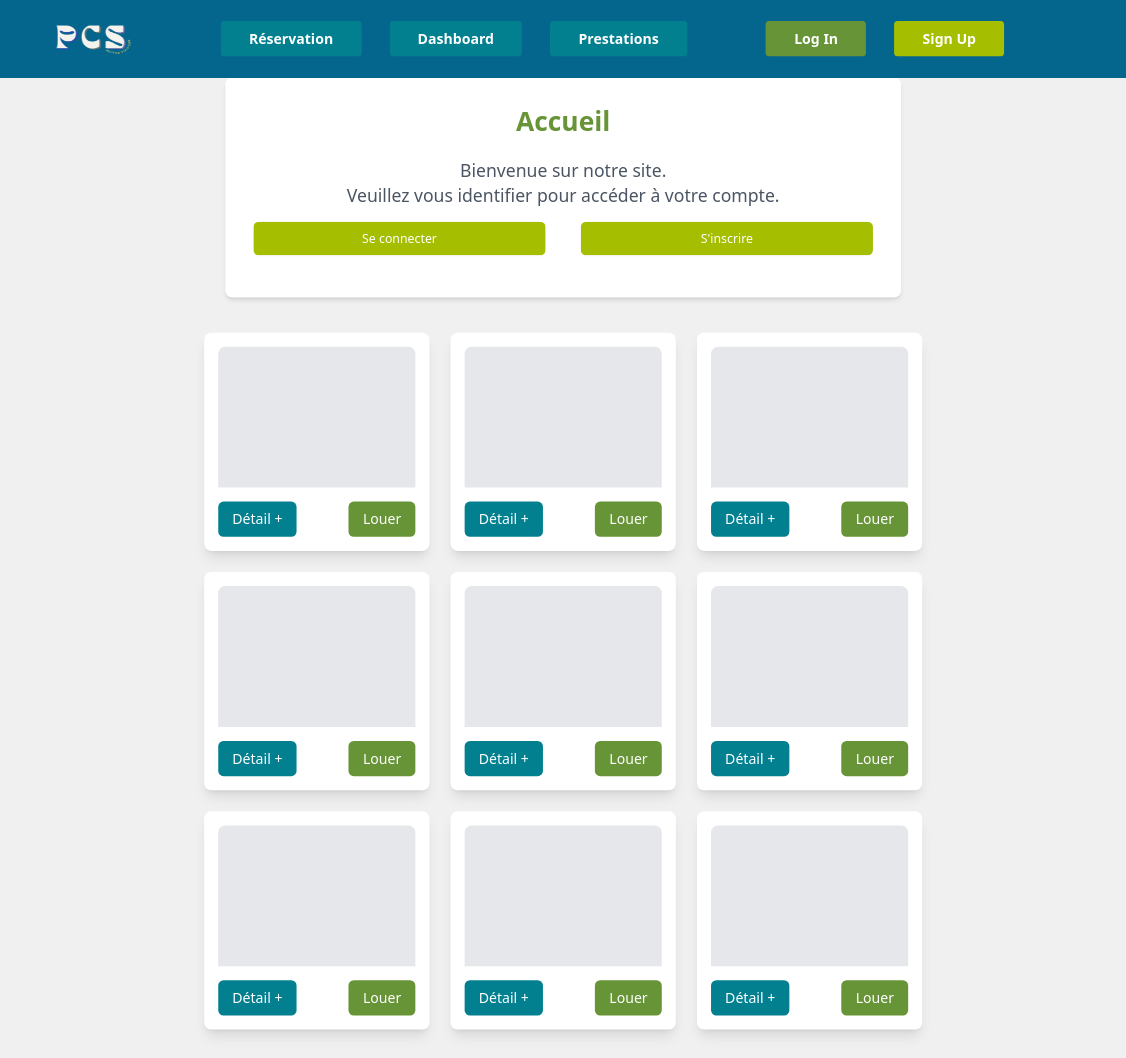
Repository: HATTOUNGBRE/ProjetAnnuel2
Page: / (app in FRONT/)
These files come from the project's save history. The page is drawn as it stood at one moment and after the next save; the edit follows.
The browser window is 1280 px wide. The pictures show the whole page, at 88% of full size.
The project was rebuilt for these pictures with package versions that can differ from the ones it lists, and the page was loaded fresh each time. Also part of the build but not shown: FRONT/vite.config.js, FRONT/src/components/Contact.jsx, FRONT/src/components/CatUser.jsx, FRONT/src/components/Login.jsx, FRONT/src/components/Account.jsx, FRONT/src/components/Inscription.jsx, FRONT/src/components/dashboard/VoyageurDashboard.jsx, FRONT/src/components/proprio/EditProduct.jsx and 11 more.

Above is the page before, as saved 2024-06-21 15:59:17.

### FRONT/src/main.jsx
import React from 'react'
import ReactDOM from 'react-dom/client'
import App from './App.jsx'
import './App.css'
import { AuthProvider } from './components/AuthContext';
import {
  BrowserRouter,
  Route,
  Link
} from "react-router-dom";

ReactDOM.createRoot(document.getElementById('root')).render(
  <React.StrictMode>
    <AuthProvider>
    <App />
    </AuthProvider>
  </React.StrictMode>,
)

### FRONT/src/App.jsx
import React, { useContext, useEffect } from "react";
import './App.css';
import { BrowserRouter as Router, Route, Routes, Navigate } from 'react-router-dom';
import Header from "./components/Header";
import Main from "./components/Main";
import Contact from "./components/Contact";
import Nav from "./components/Nav";
import Footer from "./components/Footer";
import CatUser from "./components/CatUser";
import Login from './components/Login';
import LogOut from "./components/LogOut";
import Account from "./components/Account";
import Inscription from './components/Inscription';
import VoyageurDashboard from './components/dashboard/VoyageurDashboard';
import ProprietaireDashboard from './components/dashboard/ProprietaireDashboard';
import PrestataireDashboard from './components/dashboard/PrestataireDashboard';
import Error400 from './components/Error400';
import AuthContext from './components/AuthContext';
import ProprietairePrestation from "./components/proprio/Prestation";
import ProprietaireReservation from "./components/proprio/ProprietaireReservation";
import PrestataireReservation from "./components/prestataire/PrestataireReservation";
import AddProperty from "./components/proprio/AddProperty";
import CreatePrestation from "./components/proprio/CreatePrestation";

function App() {
    const { isLoggedIn, userRole, userId, userName, userSurname, category } = useContext(AuthContext);

    useEffect(() => {
        console.log("UserRole:", userRole);
        console.log("UserId:", userId);
        console.log("UserName:", userName);
        console.log("UserSurname:", userSurname);
        console.log("CategoryUserId:", category);
    }, [userRole, userId, userName, userSurname, category]);

    const getDashboardComponent = (role) => {
        switch (role) {
            case 'voyageur':
                return <VoyageurDashboard />;
            case 'proprietaire':
                return <ProprietaireDashboard />;
            case 'prestataire':
                return <PrestataireDashboard />;
            default:
                return <Error400 />;
        }
    };

    const ProtectedRoute = ({ element, allowedRole }) => {
        if (!isLoggedIn) {
            return <Navigate to="/login" />;
        }
        return userRole === allowedRole ? element : <Navigate to="/error400" />;
    };

    return (
        <Router>
         <Header isLoggedIn={isLoggedIn} userRole={userRole} />
         <main className="flex-grow">
         <Routes>
                <Route exact path="/" element={<Main isLoggedIn={isLoggedIn} userRole={userRole} />} />
                <Route path="/components/inscription" element={<Inscription />} />
                <Route path="/components/catUser" element={<CatUser />} />
                <Route path="/contact" element={<Contact />} />
                <Route path="/login" element={<Login />} />
                <Route path={`/${userRole}/Prestation`} element={<ProtectedRoute element={<ProprietairePrestation />} allowedRole={userRole} />} />
                <Route path={`/${userRole}/Reservation`} element={<ProtectedRoute element={userRole === 'proprietaire' ? <ProprietaireReservation /> : <PrestataireReservation />} allowedRole={userRole} />} />
                <Route path="/components/dashboard/voyageur" element={<ProtectedRoute element={<VoyageurDashboard />} allowedRole="voyageur" />} />
                <Route path="/components/dashboard/proprietaire" element={<ProtectedRoute element={<ProprietaireDashboard />} allowedRole="proprietaire" />} />
                <Route path="/components/dashboard/prestataire" element={<ProtectedRoute element={<PrestataireDashboard />} allowedRole="prestataire" />} />
                <Route path="/components/nav" element={<Nav isLoggedIn={isLoggedIn} userRole={userRole} />} />
                <Route path="/logout" element={<LogOut />} />
                <Route path="/account" element={<Account userId={userId} />} />
                <Route path="/error400" element={<Error400 />} />
                <Route path="/add-property" element={<ProtectedRoute element={<AddProperty />} allowedRole="proprietaire" />} />
                <Route path="/create-prestation" element={<ProtectedRoute element={<CreatePrestation />} allowedRole="proprietaire" />} />
                <Route path="/components/dashboard/proprietaire" element={<ProtectedRoute element={<ProprietaireDashboard />} allowedRole="proprietaire" />} />
                <Route path="/components/dashboard/prestataire" element={<ProtectedRoute element={<PrestataireDashboard />} allowedRole="prestataire" />} />
                <Route path="/components/dashboard/voyageur" element={<ProtectedRoute element={<VoyageurDashboard />} allowedRole="voyageur" />} />
                <Route path="*" element={<Error400 />} />

            </Routes>
            </main>
          {/* <Footer />  */}
        </Router>

    );
}

const ProtectedRoute = ({ element, allowedRole }) => {
    const { userRole } = useContext(AuthContext);
    return userRole === allowedRole ? element : <Navigate to="/error400" />;
  };

export default App;

### FRONT/src/App.css
@tailwind base;
@tailwind components;
@tailwind utilities;

html, body {
  height: 100%;
  margin: 0;
  padding: 0;
}


.logo {
  height: 5em;
  width: 7em;
  /* will-change: filter; */
  transition: filter 300ms;
}
.logo:hover {
}
.logo.react:hover {
  filter: drop-shadow(0 0 2em #61dafbaa);
}

@keyframes logo-spin {
  from {
    transform: rotate(0deg);
  }
  to {
    transform: rotate(360deg);
  }
}


.card {
  padding: 2em;
}

.read-the-docs {
  color: #888;
}
footer {
  position: absolute;
  left: 0;
  bottom: 0;
  width: 100%;
}
html, body {
  height: 100%;
  margin: 0;
  padding: 0;
  display: flex;
  flex-direction: column;
}

#root, body > div {
  display: flex;
  flex-direction: column;
  height: 100%;
}

main {
  flex: 1;
  display: flex;
  flex-direction: column; /* Assurez-vous que cela prend toute la place entre l'en-tête et le pied de page */
}

footer {
  flex-shrink: 0; /* Empêche le pied de page de rétrécir si le contenu est trop grand */
}

.main-content {
  flex: 1;
  padding: 24px;
  overflow-y: auto;
  display: flex;
  flex-direction: column;
}

### FRONT/src/components/AuthContext.jsx
import React, { createContext, useState, useEffect } from 'react';
import Cookies from 'js-cookie';

const AuthContext = createContext();

export const AuthProvider = ({ children }) => {
  const [isLoggedIn, setIsLoggedIn] = useState(false);
  const [userRole, setUserRole] = useState('');
  const [userId, setUserId] = useState(null);
  const [userName, setUserName] = useState('');
  const [user, setUser] = useState(null);
  const [userSurname, setUserSurname] = useState('');
  const [category, setCategoryUserId] = useState(null);

  useEffect(() => {
    const token = Cookies.get('authToken');
    const storedUserRole = Cookies.get('role');
    const storedUserId = Cookies.get('userId');
    const storedUserName = Cookies.get('userName');
    const storedUserSurname = Cookies.get('userSurname');
    const storedCategoryUserId = Cookies.get('category');

    if (token && storedUserId) {
      setIsLoggedIn(true);
      setUserRole(storedUserRole || '');
      setUserId(storedUserId || null);
      setUserName(storedUserName || '');
      setUserSurname(storedUserSurname || '');
      setCategoryUserId(storedCategoryUserId || null);
    }
  }, []);

  const fetchUserDetails = async (userId) => {
    try {
      const response = await fetch(`http://localhost:8000/api/user/${userId}`);
      const data = await response.json();

      if (response.ok) {
        setIsLoggedIn(true);
        setUserId(data.id);
        setUserName(data.name);
        setUserSurname(data.surname);
        setCategoryUserId(data.category_user);
        setUserRole(Cookies.get('role')); // Ensure the role is set from the cookie
      } else {
        setIsLoggedIn(false);
        setUserId(null);
        setUserName('');
        setUserSurname('');
        setCategoryUserId(null);
        setUserRole('');
      }
    } catch (error) {
      console.error('Error fetching user details:', error);
    }
  };

  const login = (token, role, userId, userName, userSurname, category) => {
    Cookies.set('authToken', token, { expires: 1 });
    Cookies.set('role', role, { expires: 1 });
    Cookies.set('userId', userId, { expires: 1 });
    Cookies.set('userName', userName, { expires: 1 });
    Cookies.set('userSurname', userSurname, { expires: 1 });
    Cookies.set('category', category, { expires: 1 });

    setIsLoggedIn(true);
    setUserRole(role);
    setUserId(userId);
    setUserName(userName);
    setUserSurname(userSurname);
    setCategoryUserId(category);
  };

  const logout = () => {
    Cookies.remove('authToken');
    Cookies.remove('role');
    Cookies.remove('userId');
    Cookies.remove('userName');
    Cookies.remove('userSurname');
    Cookies.remove('category');

    setIsLoggedIn(false);
    setUserRole('');
    setUserId(null);
    setUserName('');
    setUserSurname('');
    setCategoryUserId(null);
  };

  return (
    <AuthContext.Provider value={{ isLoggedIn, userRole, userId, userName, userSurname, category, login, logout }}>
      {children}
    </AuthContext.Provider>
  );
};

export default AuthContext;

### FRONT/src/components/Header.jsx
import { useState, useEffect } from 'react';
import Nav from './Nav';
import { Link } from "react-router-dom";

function Header(props) {
  const { isLoggedIn, userRole } = props;

  return (
    <div>
      <header className="bg-pcs-200 sticky top-0 z-[20]">
        <nav className="bg-pcs-200 border-gray-200 dark:bg-gray-900 w-full">
          <div className="w-full flex flex-wrap items-center justify-around p-1">
            <Link to="/" className="flex items-center space-x-3 rtl:space-x-reverse">
              <img src="/public/images/fullDay.png" className="h-8 logo" alt="PCSLogo" />
            </Link>
            <Nav isLoggedIn={isLoggedIn} userRole={userRole} />
            <button
              data-collapse-toggle="navbar-default"
              type="button"
              className="inline-flex items-center p-2 w-10 h-10 justify-center text-sm text-gray-500 rounded-lg md:hidden focus:outline-none focus:ring-2 focus:ring-gray-200 dark:text-gray-400 dark:focus:ring-gray-600"
              aria-controls="navbar-default"
              aria-expanded="false"
            >
              <span className="sr-only">Open main menu</span>
              <svg
                className="w-5 h-5"
                aria-hidden="true"
                xmlns="http://www.w3.org/2000/svg"
                fill="none"
                viewBox="0 0 17 14"
              >
                <path
                  stroke="currentColor"
                  strokeLinecap="round"
                  strokeLinejoin="round"
                  strokeWidth="2"
                  d="M1 1h15M1 7h15M1 13h15"
                />
              </svg>
            </button>
            <div className="hidden w-full md:block md:w-auto" id="navbar-default"></div>
          </div>
        </nav>
      </header>
    </div>
  );
}

export default Header;

### FRONT/src/components/Main.jsx
import React, { useContext, useEffect } from 'react';
import AuthContext from './AuthContext';
import { Link } from 'react-router-dom';

function Main() {
  const { isLoggedIn, userRole } = useContext(AuthContext);

  console.log('isLoggedIn page MAIN:', isLoggedIn);

  return (
    <div className="min-h-screen bg-pcs-100 flex flex-col items-center justify-center ">
      <div className="max-w-3xl w-full p-8 bg-white shadow-md rounded-lg text-center">
        <h1 className="text-3xl font-semibold text-pcs-400 mb-6">Accueil</h1>
        {isLoggedIn ? (
          <p className="text-xl text-pcs-300">
            Vous êtes connecté.e en tant que <span className="font-bold">{userRole}</span>
          </p>
        ) : (
          <div>
            <p className="text-xl text-gray-600">Bienvenue sur notre site.</p>
            <p className="text-xl text-gray-600">Veuillez vous identifier pour accéder à votre compte.</p>
            <div className='flex justify-center mt-4 space-x-10'>
              <button className='w-full px-4 mb-4 py-2 text-sm font-medium text-white bg-pcs-300 border border-transparent rounded-md shadow-sm hover:bg-pcs-400'>
                <Link to="/components/catUser">Se connecter</Link>
              </button>
              <button className='w-full px-4 mb-4 py-2 text-sm font-medium text-white bg-pcs-300 border border-transparent rounded-md shadow-sm hover:bg-pcs-400'>
                <Link to="/components/inscription">S'inscrire</Link>
              </button>
            </div>
          </div>
        )}
      </div>

      {/* Adding three rows of presentation rectangles with buttons below */}
      <div className="mt-10 grid grid-rows-3 gap-6 mb-8">
        {[1, 2, 3].map(row => (
          <div key={row} className="flex justify-center space-x-6">
            {[1, 2, 3].map(item => (
              <div key={item} className="bg-white shadow-lg rounded-lg p-4 w-64">
                <div className="h-40 bg-gray-200 rounded-t-lg"></div>
                <div className="mt-4 flex justify-between items-center">
                  <button className="bg-pcs-250 hover:bg-pcs-200 text-white py-2 px-4 rounded-md">Détail +</button>
                  <button className="bg-pcs-400 text-white py-2 px-4 rounded-md">Louer</button>
                </div>
              </div>
            ))}
          </div>
        ))}
      </div>
    </div>
  );
}

export default Main;

### FRONT/src/components/Nav.jsx
import { Link } from "react-router-dom";

function Nav(props) {
    const { isLoggedIn, userRole } = props;

    console.log('isLoggedIn page NAV:', isLoggedIn);
    return (
        <>
            <div className='flex space-x-8'>
                <Link to={`/${userRole}/Reservation`}>
                    <button className="bg-pcs-250 hover:bg-pcs-300 text-white font-bold py-2 px-8 rounded">
                        Réservation
                    </button>
                </Link>

                <Link to={`/components/dashboard/${userRole}`}>
                    <button className="bg-pcs-250 hover:bg-pcs-300 text-white font-bold py-2 px-8 rounded">
                        Dashboard
                    </button>
                </Link>

                <Link to={`/${userRole}/Prestation`}>
                    <button className="bg-pcs-250 hover:bg-pcs-300 text-white font-bold py-2 px-8 rounded">
                        Prestations
                    </button>
                </Link>
            </div>
            {isLoggedIn ? (
                <div className='flex space-x-8'>
                    <Link to='/account'>
                        <button className="bg-pcs-400 hover:bg-pcs-700 text-white font-bold py-2 px-8 rounded">
                            Account
                        </button>
                    </Link>
                    <Link to='/logout'>
                        <button className="bg-pcs-300 hover:bg-pcs-600 text-white font-bold py-2 px-8 rounded">
                            Log out
                        </button>
                    </Link>

                </div>
            ) : (
                <div className='flex space-x-8'>
                    <Link to='/components/catuser'>
                        <button className="bg-pcs-400 hover:bg-pcs-700 text-white font-bold py-2 px-8 rounded">
                            Log In
                        </button>
                    </Link>

                    <Link to='/components/Inscription'>
                        <button className="bg-pcs-300 hover:bg-pcs-600 text-white font-bold py-2 px-8 rounded">
                            Sign Up
                        </button>
                    </Link>
                </div>
            )}
        </>
    );
};

export default Nav;

### FRONT/src/components/LogOut.jsx
import React, { useContext, useEffect } from 'react';
import { useNavigate } from 'react-router-dom';
import AuthContext from './AuthContext';

const LogOut = () => {
  const { logout } = useContext(AuthContext);
  const navigate = useNavigate();

  useEffect(() => {
    logout();
    navigate('/');
  }, [logout, navigate]);

  return null;
};

export default LogOut;

Loaded but not shown: FRONT/index.html (common file); FRONT/tailwind.config.js (26 lines, source omitted); FRONT/src/components/Footer.jsx (91 lines, source omitted)

After the next save:
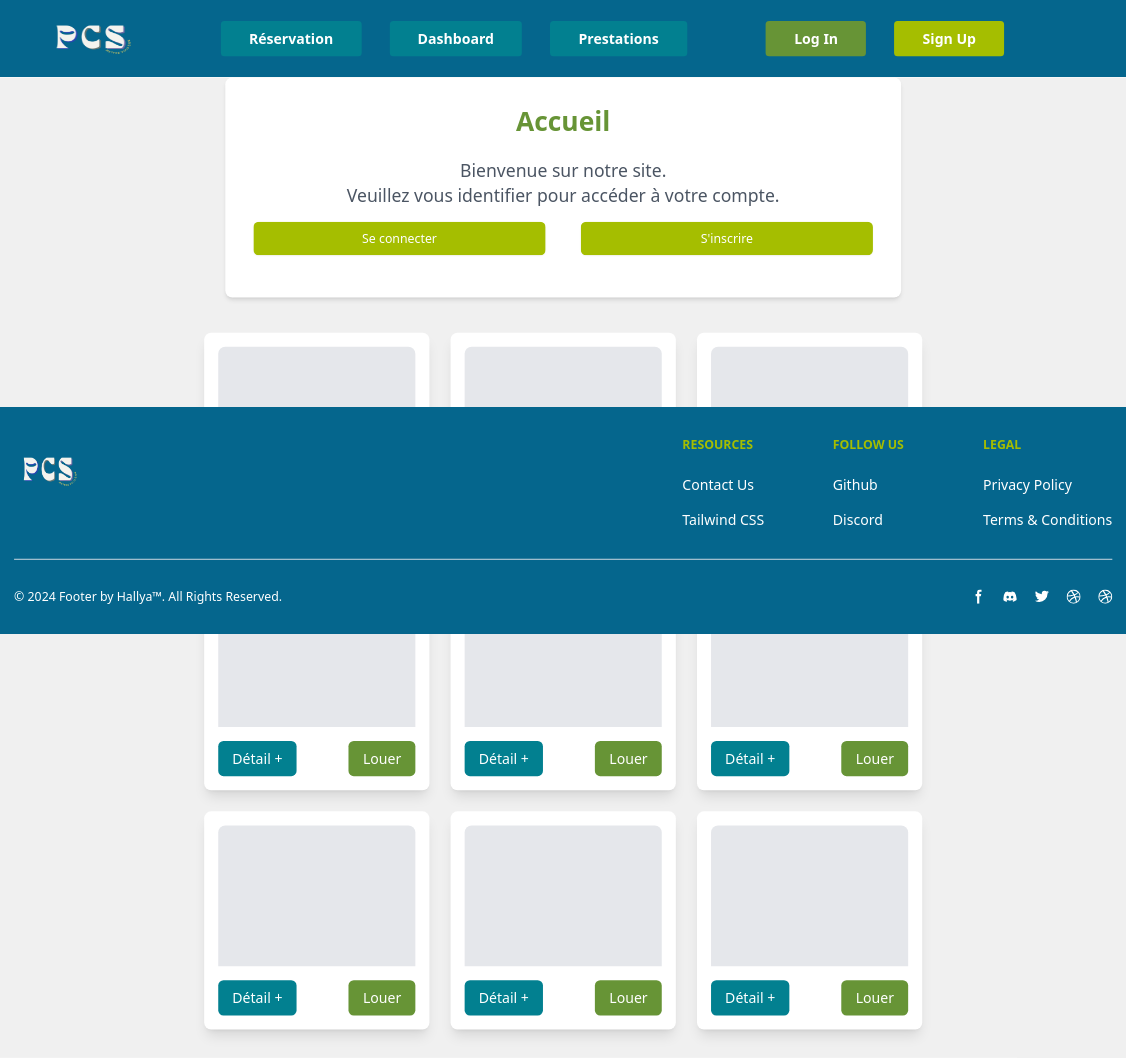
Saved 66 s later.
--- a/FRONT/src/App.jsx
+++ b/FRONT/src/App.jsx
@@ -81,7 +81,7 @@ function App() {
 
             </Routes>
             </main>
-          {/* <Footer />  */}
+           <Footer />
         </Router>
 
     );
